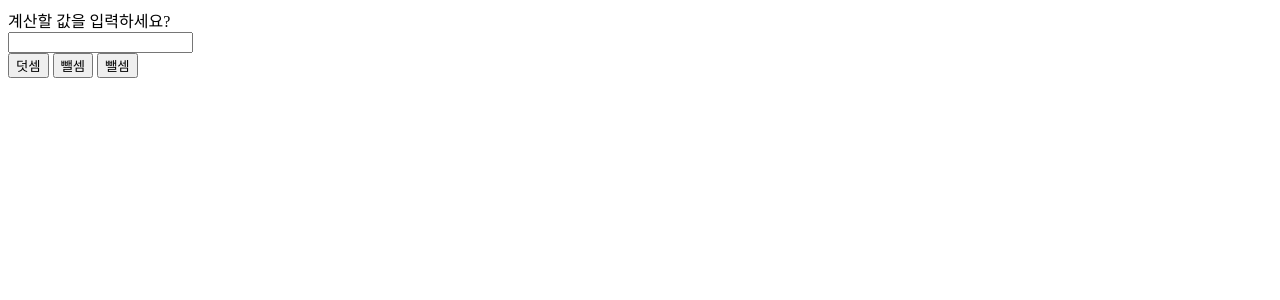
Repository: water-case/Servlet_JSP_JSPMVC
Page: workspace/JSPPrj/src/main/webapp/calc2.html
An editor plug-in stored every save of this project. The page is shown before and after the next save, followed by the edit.
The browser window is 1280 px wide. The pictures show the whole page.

Above is the page before, as saved 2021-08-25 06:09:48.

After the next save:
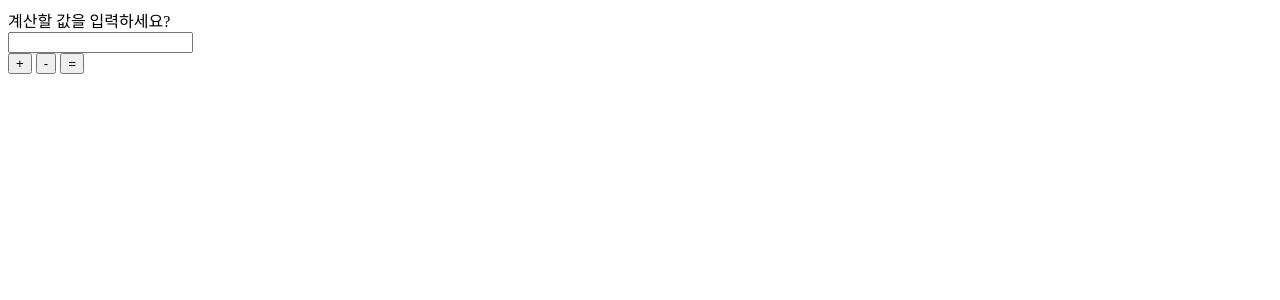
Saved 6 s later.
--- a/workspace/JSPPrj/src/main/webapp/calc2.html
+++ b/workspace/JSPPrj/src/main/webapp/calc2.html
@@ -14,9 +14,9 @@
 				<input type="text" name="value" />
 			</div>
 			<div>
-				<input type="submit" name="operator" value="덧셈" />
-				<input type="submit" name="operator" value="뺄셈" />
-				<input type="submit" name="operator" value="뺄셈" />
+				<input type="submit" name="operator" value="+" />
+				<input type="submit" name="operator" value="-" />
+				<input type="submit" name="operator" value="=" />
 			</div>
 		</form>
 	</div>
